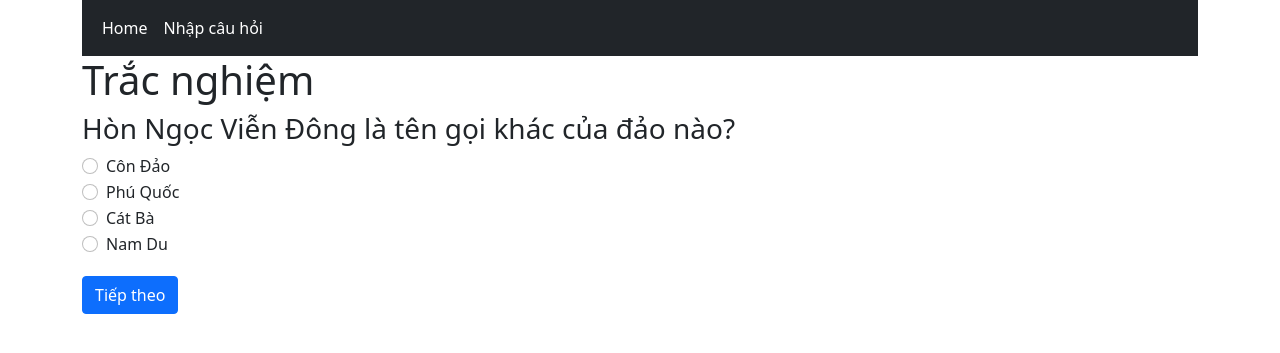
Repository: tran-thien-nhan/quiz_tlln
Page: index.html
These files come from the project's save history. The page is drawn as it stood at one moment and after the next save; the edit follows.
The browser window is 1280 px wide. The pictures show the whole page.

Above is the page before, as saved 2023-06-25 11:11:53.

After the next save:
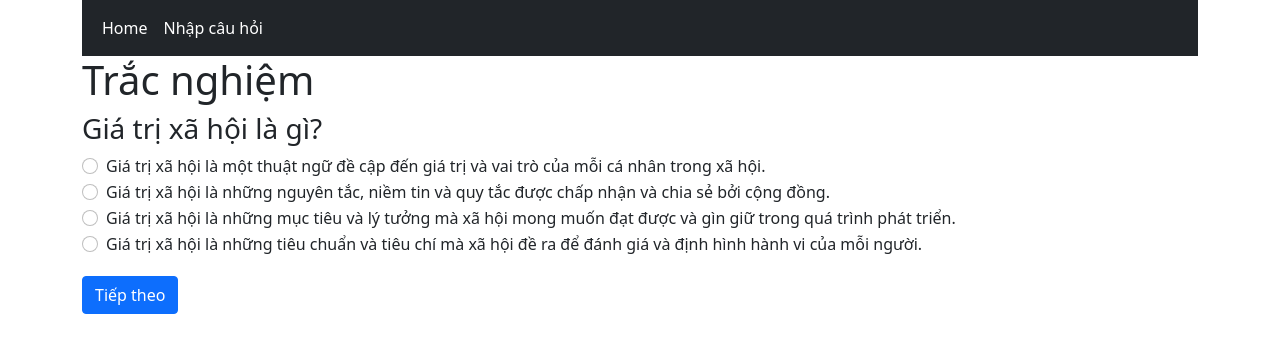
Saved 41 s later.
--- a/quest_lib.json
+++ b/quest_lib.json
@@ -1,25 +1,5 @@
 {
     "questions": [
-      {
-        "question": "Hòn Ngọc Viễn Đông là tên gọi khác của đảo nào?",
-        "choices": [
-          "Côn Đảo",
-          "Phú Quốc",
-          "Nam Du",
-          "Cát Bà"
-        ],
-        "correctAnswer": "Phú Quốc"
-      },
-      {
-        "question": "Ai là vị vua cuối cùng của triều đại Lý?",
-        "choices": [
-          "Lý Thánh Tông",
-          "Lý Cao Tông",
-          "Lý Huệ Tông",
-          "Lý Nhân Tông"
-        ],
-        "correctAnswer": "Lý Nhân Tông"
-      },
       {
         "question": "Giá trị xã hội là gì?",
         "choices": [
